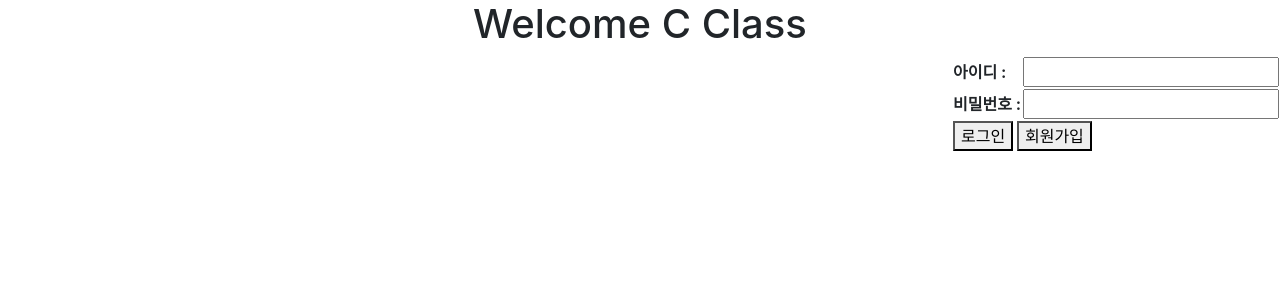
Repository: JangHaEunn/Web-workspace2
Page: http://localhost/JSP_project/
The author's editor kept a copy of each file at every save. The page is drawn from the files as they stood at one save, then again after the next save.
The browser window is 1280 px wide. The pictures show the whole page.
The page is served by Tomcat 9. Nobody is signed in. The application's start-up code is not run.

Above is the page before, as saved 2023-02-09 05:56:03.

After the next save:
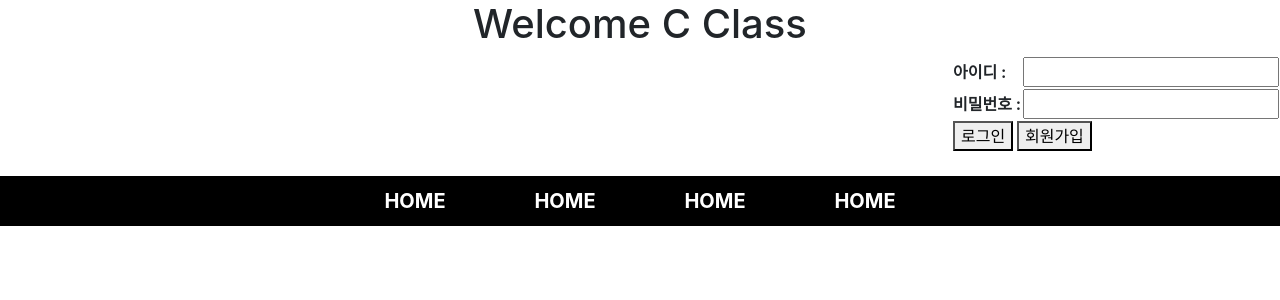
Saved 2 min 4 s later.
--- a/JSP_project/WebContent/views/common/menubar.jsp
+++ b/JSP_project/WebContent/views/common/menubar.jsp
@@ -71,5 +71,14 @@
 	</div>
 
 	<br clear="both"> <!--  float 속성 해제  -->
+	<br>
+
+	<div class="nav-area" align="center">
+		<div class="menu"><a href="/jspproject">HOME</a></div>
+		<div class="menu"><a href="/jspproject">HOME</a></div>
+		<div class="menu"><a href="/jspproject">HOME</a></div>
+		<div class="menu"><a href="/jspproject">HOME</a></div>
+	</div>
+
 </body>
 </html>
